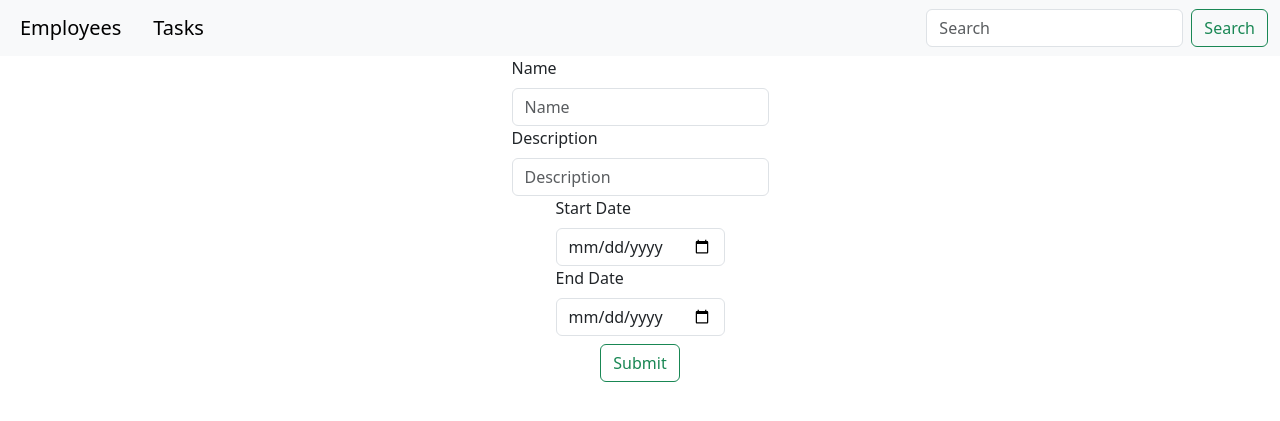
Repository: RaffiBarseghyan/employees
Page: /tasks
The author's editor kept a copy of each file at every save. The page is drawn from the files as they stood at one save, then again after the next save.
The browser window is 1280 px wide. The pictures show the whole page.
The project was rebuilt for these pictures with package versions that can differ from the ones it lists, and the page was loaded fresh each time. Some packages were replaced by stand-ins written for this rebuild. Also part of the build but not shown: src/App.css, src/Pages/Employees/employees.module.scss, src/Pages/UpDel/upDel.module.scss, src/Pages/UpDel/delete.jsx, src/Pages/Employees/employees.jsx, src/Pages/UpDel/update.jsx.

Above is the page before, as saved 2023-06-15 21:36:14.

After the next save:
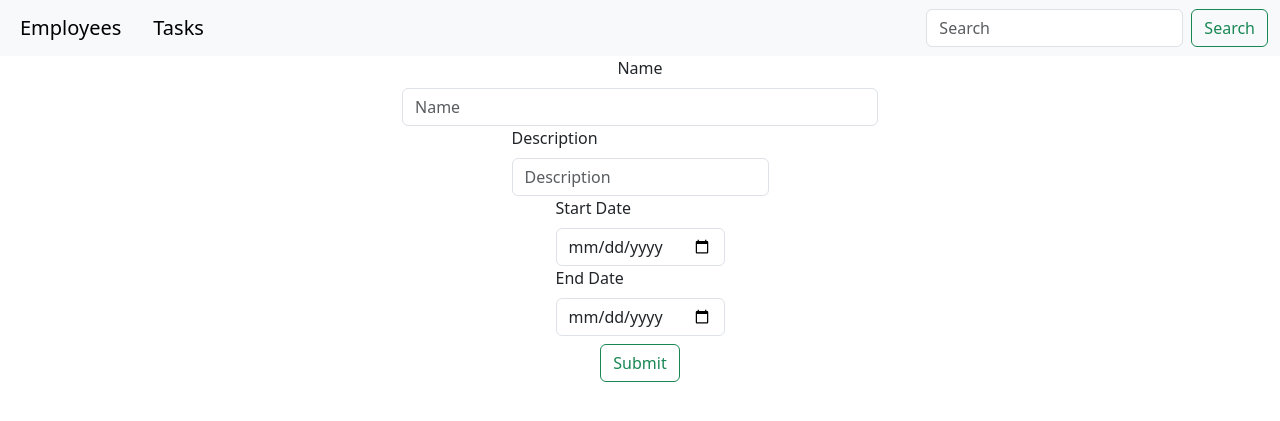
Saved 24 s later.
--- a/src/Pages/Tasks/tasks.jsx
+++ b/src/Pages/Tasks/tasks.jsx
@@ -11,15 +11,15 @@
       >
         <label htmlFor="name">
           Name
-          <input
+
+        </label>
+<input
             className="form-control mt-2 "
             type="text"
             id="name"
             name="name"
             placeholder="Name"
           />
-        </label>
-
         <label htmlFor="description">
           Description
           <input

After the save that followed:
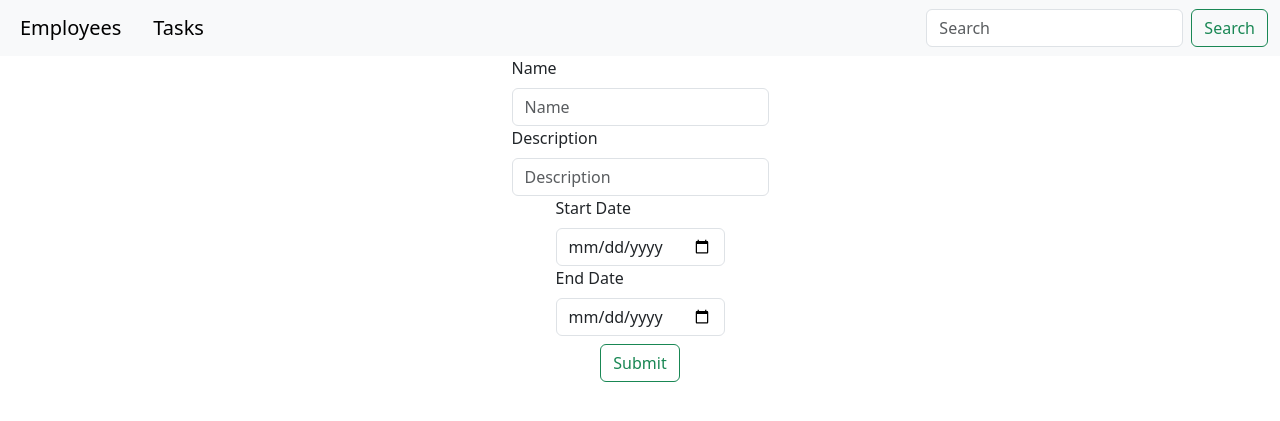
Saved 10 s later.
--- a/src/Pages/Tasks/tasks.jsx
+++ b/src/Pages/Tasks/tasks.jsx
@@ -11,15 +11,15 @@
       >
         <label htmlFor="name">
           Name
-
-        </label>
-<input
+          <input
             className="form-control mt-2 "
             type="text"
             id="name"
             name="name"
             placeholder="Name"
           />
+        </label>
+
         <label htmlFor="description">
           Description
           <input
